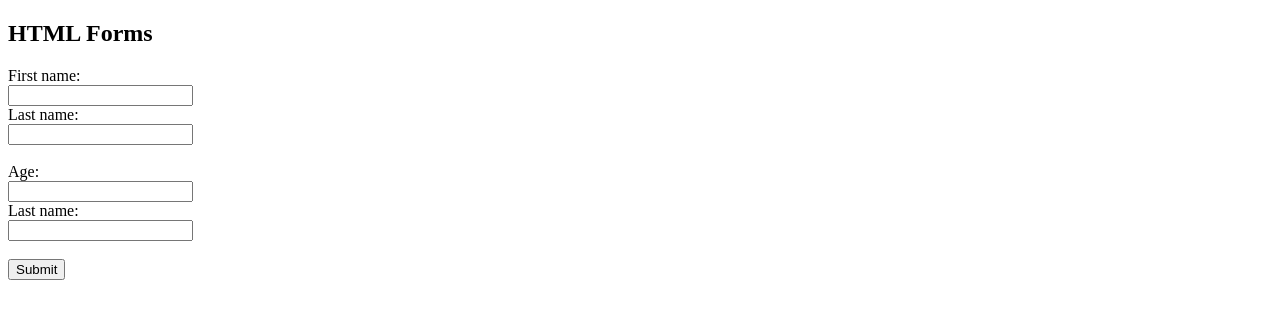
Repository: asifaftab87/advance-java
Page: http://localhost/first-web-project/
These files come from the project's save history. The page is drawn as it stood at one moment and after the next save; the edit follows.
The browser window is 1280 px wide. The pictures show the whole page.
The page is served by Tomcat 9. Other server files are loaded and not shown.

Above is the page before, as saved 2020-07-26 13:19:09.

### first-web-project/WebContent/index.jsp
<%@ page language="java" contentType="text/html; charset=ISO-8859-1"
    pageEncoding="ISO-8859-1"%>
<!DOCTYPE html>

<html>
	<head>
	<meta charset="ISO-8859-1">
	<title>Insert title here</title>
	</head>
	<body>

		<h2>HTML Forms</h2>

		<form action="welcome" method="get">
		  <label for="fname">First name:</label><br>
		  <input type="text" name="fname"><br>
		  <label for="lname">Last name:</label><br>
		  <input type="text" name="lname"><br><br>
		  <label for="age">Age:</label><br>
		  <input type="text" name="age"><br>
		  <label for="pwd">Last name:</label><br>
		  <input type="password" name="pwd"><br><br>
		  <input type="submit" value="Submit">
		</form>

	</body>
</html>

After the next save:
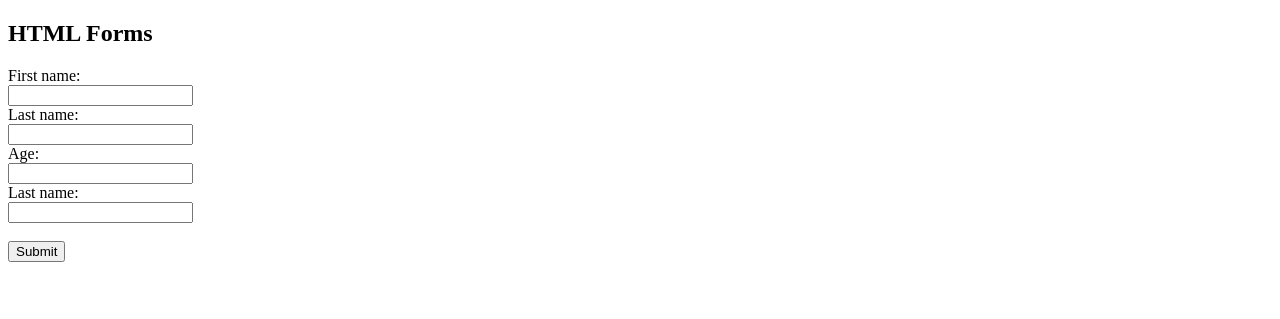
Saved 32 s later.
--- a/first-web-project/WebContent/index.jsp
+++ b/first-web-project/WebContent/index.jsp
@@ -15,7 +15,7 @@
 		  <label for="fname">First name:</label><br>
 		  <input type="text" name="fname"><br>
 		  <label for="lname">Last name:</label><br>
-		  <input type="text" name="lname"><br><br>
+		  <input type="text" name="lname"><br>
 		  <label for="age">Age:</label><br>
 		  <input type="text" name="age"><br>
 		  <label for="pwd">Last name:</label><br>
